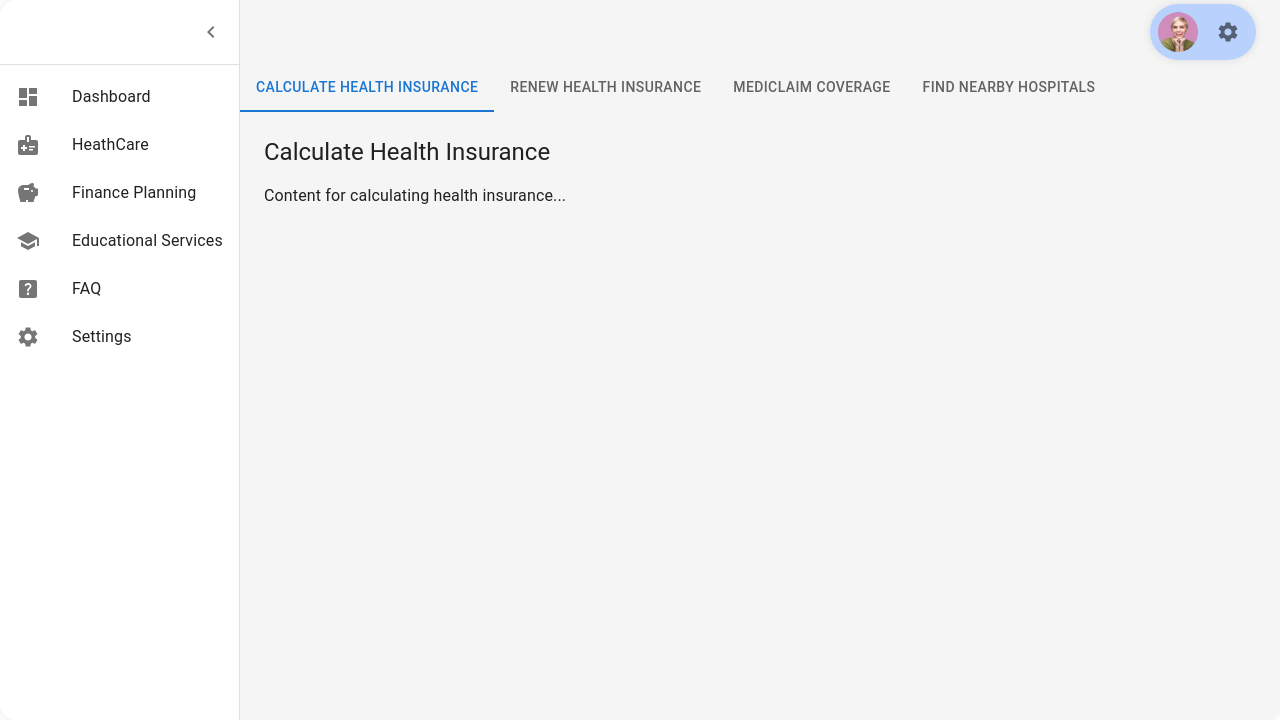
Repository: shubhampirate/TIAA_Retirement_hackathon
Page: /health
An editor plug-in stored every save of this project. The page is shown before and after the next save, followed by the edit.
The browser window is 1280 px wide. The pictures show the whole page.
The project was rebuilt for these pictures with package versions that can differ from the ones it lists, and the page was loaded fresh each time. Also part of the build but not shown: src/Components/CustomButton.jsx, src/Components/Navbar.jsx, src/Components/Properties.jsx, src/Components/Footer.jsx, src/Components/Hero.jsx, src/pages/Sign_In.jsx, src/Components/GaugeChart.jsx, src/Components/Deposits.jsx and 5 more.

Above is the page before, as saved 2023-11-18 18:35:28.

### src/index.css
@import url("https://fonts.googleapis.com/css2?family=Poppins:wght@400;500;700&display=swap");

* {
  margin: 0;
  padding: 0;
  box-sizing: border-box;
  font-family: "Poppins", sans-serif;
}

body {
  margin: 0;
  -webkit-font-smoothing: antialiased;
  -moz-osx-font-smoothing: grayscale;
}

code {
  font-family: source-code-pro, Menlo, Monaco, Consolas, "Courier New",
    monospace;
}

### src/App.jsx
import Hero from "./Components/Hero";
import SignIn from "./pages/Sign_In";
import Dashboard from "./Components/Dashboard";
import Health from "./Components/Health";
import Settings from "./Components/Settings";
import Questions from "./Components/Questions";
import { Route, Routes } from "react-router-dom";
function App() {
  return (
    <>
      <Routes>
        <Route path="/SignIn" element={<><SignIn /></>} />
        <Route path="/dashboard" element={<><Dashboard /></>} />
        <Route path="/education" element={<><Dashboard /></>} />
        <Route path="/health" element={<><Health /></>} />
        <Route path="/settings" element={<><Settings /></>} />
        <Route path="/questions" element={<><Questions /></>} />
        <Route path="/" element={<><Hero /></>} />
      </Routes>

    </>
  );
}

export default App;

### src/Components/Health.jsx
// import * as React from 'react';
import React, { useState } from 'react';
import { styled, createTheme, ThemeProvider } from '@mui/material/styles';
// import { styled, createTheme, ThemeProvider } from '@mui/material/styles';
import CssBaseline from '@mui/material/CssBaseline';
import MuiDrawer from '@mui/material/Drawer';
import Box from '@mui/material/Box';
import MuiAppBar from '@mui/material/AppBar';
import Toolbar from '@mui/material/Toolbar';
import List from '@mui/material/List';
import Typography from '@mui/material/Typography';
import Divider from '@mui/material/Divider';
import IconButton from '@mui/material/IconButton';
import Container from '@mui/material/Container';
import Grid from '@mui/material/Grid';
import Paper from '@mui/material/Paper';
import MenuIcon from '@mui/icons-material/Menu';
import ChevronLeftIcon from '@mui/icons-material/ChevronLeft';
import SettingsIcon from '@mui/icons-material/Settings';
import { mainListItems } from './listItems';
import heroImg_4 from "../media/img_4.jpeg";
import LinearProgress from '@mui/material/LinearProgress';
import HelpOutlineIcon from '@mui/icons-material/HelpOutline';
import { Accordion, AccordionSummary, AccordionDetails } from '@mui/material';
import ExpandMoreIcon from '@mui/icons-material/ExpandMore';
import Tabs from '@mui/material/Tabs';
import Tab from '@mui/material/Tab';
import InputBase from '@mui/material/InputBase';
import SearchIcon from '@mui/icons-material/Search';
import useMediaQuery from '@mui/material/useMediaQuery';
import TextField from '@mui/material/TextField';
import Button from '@mui/material/Button';
import InputAdornment from '@mui/material/InputAdornment';
const healthTopics = [
    {
      label: 'Calculate Health Insurance',
      content: 'Content for calculating health insurance...',
    },
    {
      label: 'Renew Health Insurance',
      content: 'Content for renewing health insurance...',
    },
    {
      label: 'Mediclaim Coverage',
      content: 'Content for determining mediclaim coverage...',
    },
    {
      label: 'Find Nearby Hospitals',
      content: 'Content for finding nearby hospitals...',
    },
  ];

  const HealthTabContent = ({ label, content }) => (
    <Box sx={{ p: 3 }}>
      <Typography variant="h5" mb={2}>{label}</Typography>
      <Typography>{content}</Typography>
    </Box>
  );
  const CalculateMediclaimTabContent = ({ label, content }) => {
    const [roomCharges, setRoomCharges] = useState(0);
    const [doctorCharges, setDoctorCharges] = useState(0);
    const [bills, setBills] = useState([{ amount: 0 }]);

    const handleAddBill = () => {
      setBills([...bills, { amount: 0 }]);
    };
    const [finalAmount, setFinalAmount] = useState(0);
    const handleBillAmountChange = (index, amount) => {
      const updatedBills = [...bills];
      updatedBills[index].amount = amount;
      setBills(updatedBills);
    };
    const handlePdfUpload = (index, file) => {
      const updatedBills = [...bills];
      updatedBills[index].pdf = file;
      setBills(updatedBills);
    };
    const  healthinsurance = 500000;
    const roomChargesDeduction = (15 / 100) * healthinsurance;
      const doctorChargesDeduction = (25 / 100) * healthinsurance;
    const handleCalculate = () => {
      const roomChargesValue = parseFloat(roomCharges);
      const doctorChargesValue = parseFloat(doctorCharges);
      // const doctorChargesDeduction = (25 / 100) * healthinsurance;
    const  healthinsurance = 500000;
      // Calculate total amount from room and doctor charges

      const total = roomChargesValue + doctorChargesValue;

      // Calculate total bills
      const totalBills =  total + bills.reduce((total,bill) => total+ parseFloat(bill.amount), 0);


      // Calculate deductions for room charges (15%) and doctor charges (25%)
      const roomChargesDeduction = (15 / 100) * healthinsurance;
      const doctorChargesDeduction = (25 / 100) * healthinsurance;

      // Check if room charges exceed 15%
      const roomChargesExceed = roomCharges > roomChargesDeduction;
      // Check if doctor charges exceed 25%
      const doctorChargesExceed = doctorCharges > doctorChargesDeduction;

      // Calculate surplus amounts for room charges and doctor charges
      const roomChargesSurplus = roomChargesExceed ? roomCharges - roomChargesDeduction : 0;
      const doctorChargesSurplus = doctorChargesExceed ? doctorCharges - doctorChargesDeduction : 0;

      // Deduct surplus amounts from the total bills
      const finalAmount = totalBills - roomChargesSurplus - doctorChargesSurplus;

      // You can use the calculated values as needed, such as displaying them or further processing.
      console.log("Total Room and Doctor Charges:", total);
      console.log("Total Bills:", totalBills);
      console.log("Room Charges Surplus Deduction:", roomChargesSurplus);
      console.log("Doctor Charges Surplus Deduction:", doctorChargesSurplus);
      console.log("Final Amount after Deductions:", finalAmount);
      setFinalAmount(finalAmount)
    };

    return (
      <Box sx={{ p: 3, textAlign: 'center' }}>
      <Typography variant="h5" mb={2}>{label}</Typography>

      {/* Hospital room charges */}
      <Grid container spacing={2}>
    <Grid item xs={12} md={6}>
      <Typography mb={1}>Enter your hospital room charges:</Typography>
      <TextField
        type="text"
        value={roomCharges}
        onChange={(e) => setRoomCharges(e.target.value)}
        fullWidth
      />
    </Grid>
    <Grid item xs={12} md={6}>
      <Typography mb={1} >15% Deduction:</Typography>
      <TextField
        disabled
        value={(roomChargesDeduction).toFixed(2)}

        fullWidth
      />
    </Grid>
  </Grid>

      {/* Doctor charges */}
      <Grid container spacing={2}>
    <Grid item xs={12} md={6}>
    <Typography mb={1} mt={3}>Enter your doctor charges:</Typography>
      <TextField
        type="text"
        value={doctorCharges}
        onChange={(e) => setDoctorCharges(e.target.value)}
        fullWidth
      />
    </Grid>
    <Grid item xs={12} md={6}>
    <Typography mb={1} mt={3}>25% Deduction:</Typography>
      <TextField
           disabled
           value={(doctorChargesDeduction).toFixed(2)}

        fullWidth
      />
    </Grid>
  </Grid>



      {/* Bills */}
     <Grid container spacing={2} alignItems="center">
        {bills.map((bill, index) => (
          <Grid item xs={12} md={6} key={index}>
            <Typography variant="h6" mt={3}>{`Bill ${index + 1}:`}</Typography>
            <TextField
              label="Amount"
              type="number"
              value={bill.amount}
              onChange={(e) => handleBillAmountChange(index, e.target.value)}
              fullWidth
              sx={{ marginBottom: 1 }}
            />
            <input
              type="file"
              accept=".pdf"
              onChange={(e) => handlePdfUpload(index, e.target.files[0])}
              sx={{ marginTop: 1 }} // Add some spacing for the file input
            />
          </Grid>
        ))}
        <Grid item xs={12} md={6}>
          <Button variant="outlined" onClick={handleAddBill} sx={{ marginTop: 1 }}>Add Another Bill</Button>
        </Grid>
      </Grid>

      {/* Calculate Button */}
      <Grid container spacing={2} alignItems="center">
        <Grid item xs={12} md={6}>
          <Button variant="contained" onClick={handleCalculate} sx={{ marginTop: 3 }}>Calculate</Button>
        </Grid>
        <Grid item xs={12} md={6}>
          <Typography variant="h6" mt={3}>Final Amount: {finalAmount}</Typography>
        </Grid>
      </Grid>

    </Box>
    );
  };
const Title = styled(Typography)(({ theme }) => ({
    fontSize: "25px",
    color: "#042A57",
    fontWeight: "bold",
    textAlign: "left",
    margin: theme.spacing(4, 0, 4, 0),
    [theme.breakpoints.down("sm")]: {
      fontSize: "30px",
    },
  }));
const drawerWidth = 240;

const AppBar = styled(MuiAppBar, {
  shouldForwardProp: (prop) => prop !== 'open',
})(({ theme, open }) => ({
  zIndex: theme.zIndex.drawer + 1,
  transition: theme.transitions.create(['width', 'margin'], {
    easing: theme.transitions.easing.sharp,
    duration: theme.transitions.duration.leavingScreen,
  }),
  ...(open && {
    marginLeft: drawerWidth,
    width: `calc(100% - ${drawerWidth}px)`,
    transition: theme.transitions.create(['width', 'margin'], {
      easing: theme.transitions.easing.sharp,
      duration: theme.transitions.duration.enteringScreen,
    }),
  }),
}));


const ProgressBarBox = ({ title, value }) => {
    let indicatorText = '';
    let color = '';

    if (value <= 30) {
      indicatorText = 'Less';
      color = '#BDFF7B';
    } else if (value <= 70) {
      indicatorText = 'Nearby Full';
      color = '#FFE779';
    } else {
      indicatorText = 'Completely Full';
      color = '#FC8965';
    }

    return (
      <Grid item xs={12} sm={6} md={4}>
        <Paper
          sx={{
            p: 2,
            display: 'flex',
            flexDirection: 'column',
            alignItems: 'center',
            borderRadius: '16px',
          }}
        >
          <Typography variant="h6" sx={{ mb: 1, color: "#0066FF" }}>
            {title}
          </Typography>
          <LinearProgress
          variant="determinate"
          value={value}
          sx={{
            width: '100%',
            height: '12px',
            borderRadius: '8px',
            backgroundColor: '#f0f0f0',
            marginBottom: '8px',
            '& .MuiLinearProgress-bar': {
              backgroundColor: color,
            },
          }}
        />

          <Box
          sx={{
            display: 'flex',
            justifyContent: 'space-between',
            width: '100%',

          }}
        >
          <Typography variant="body2">{indicatorText}</Typography>
          <Typography variant="body2">{value}%</Typography>
        </Box>
        </Paper>
      </Grid>
    );
  };
const Drawer = styled(MuiDrawer, { shouldForwardProp: (prop) => prop !== 'open' })(
  ({ theme, open }) => ({
    '& .MuiDrawer-paper': {
      position: 'relative',
      whiteSpace: 'nowrap',
      width: drawerWidth,
      transition: theme.transitions.create('width', {
        easing: theme.transitions.easing.sharp,
        duration: theme.transitions.duration.enteringScreen,
      }),
      boxSizing: 'border-box',
      ...(!open && {
        overflowX: 'hidden',
        transition: theme.transitions.create('width', {
          easing: theme.transitions.easing.sharp,
          duration: theme.transitions.duration.leavingScreen,
        }),
        width: theme.spacing(7),
        [theme.breakpoints.up('sm')]: {
          width: theme.spacing(9),
        },
      }),
    },
  }),
);

// TODO remove, this demo shouldn't need to reset the theme.
const defaultTheme = createTheme();

export default function Health() {

    const [open, setOpen] = React.useState(true);
    const [selectedTabIndex, setSelectedTabIndex] = useState(0);
    const isSmallScreen = useMediaQuery('(max-width:600px)');
  const toggleDrawer = () => {
    setOpen(!open);
  };
  const handleTabChange = (event, newValue) => {
    setSelectedTabIndex(newValue);
  };


  return (
    <ThemeProvider theme={defaultTheme}>
      <Box sx={{ display: 'flex', borderRadius: '16px', overflow: 'hidden', boxShadow: '0px 0px 10px rgba(0, 0, 0, 0.1)' }} >
        <CssBaseline />

<AppBar position="absolute" open={open} sx={{ backgroundColor: "whitesmoke", boxShadow: 'none' }}>
  <Toolbar
    sx={{
      pr: '24px', // keep right padding when drawer closed
      display: 'flex',
      alignItems: 'center',
      justifyContent: 'space-between',
    }}
  >
    <Box sx={{ display: 'flex', alignItems: 'center' }}>
      <IconButton
        edge="start"
        aria-label="open drawer"
        onClick={toggleDrawer}
        sx={{
          marginRight: '36px',
          ...(open && { display: 'none' }),
          backgroundColor: "#fff"
        }}
      >
        <MenuIcon  />
      </IconButton>

      {/* Search tab */}
      {/* <Box sx={{ display: 'flex', alignItems: 'center', backgroundColor: 'white', borderRadius: '4px', padding: '4px' }}>
        <IconButton>
          <SearchIcon />
        </IconButton>
        <InputBase
          placeholder="Search..."
          sx={{ ml: 1 }}
        />
      </Box> */}

    </Box>

    <Box sx={{ display: 'flex', alignItems: 'center', backgroundColor: '#B9D2FD', boxShadow: '0px 0px 10px rgba(0, 0, 0, 0.1)', borderRadius: '40px', padding: '8px' }}>
      {/* User profile image */}
      <img
        src={heroImg_4}
        alt="User Profile"
        style={{ borderRadius: '50%', width: '40px', height: '40px', marginRight: '10px' }}
      />

      {/* Settings button */}
      <IconButton>
        <SettingsIcon />
      </IconButton>
    </Box>
  </Toolbar>
</AppBar>

        <Drawer variant="permanent" open={open}>
          <Toolbar
            sx={{
              display: 'flex',
              alignItems: 'center',
              justifyContent: 'flex-end',
              px: [1],
            }}
          >
            <IconButton onClick={toggleDrawer}>
              <ChevronLeftIcon />
            </IconButton>
          </Toolbar>
          <Divider />
          <List component="nav">
            {mainListItems}
            {/* <Divider sx={{ my: 1 }} /> */}
            {/* {secondaryListItems} */}
          </List>
        </Drawer>
        <Box
          component="main"
          sx={{
            backgroundColor: (theme) =>
              theme.palette.mode === 'light'
                ? theme.palette.grey[100]
                : theme.palette.grey[900],
            flexGrow: 1,
            height: '100vh',
            overflow: 'auto',

          }}
        >
          <Toolbar />
          {/* </Container> */}


          {/* Start Here */}
          {/* {isSmallScreen ? (
            <Tabs value={selectedTabIndex} onChange={handleTabChange} centered>
              {healthTopics.map((topic, index) => (
                <Tab key={index} label={topic.label} />
              ))}
            </Tabs>
          ) : (
            <Tabs value={selectedTabIndex} onChange={handleTabChange} variant="scrollable" scrollButtons="auto">
              {healthTopics.map((topic, index) => (
                <Tab key={index} label={topic.label} />
              ))}
            </Tabs>
          )}

          // {/* Health-related content based on the selected tab */}
          {/* // {healthTopics.map((topic, index) => ( */}
          {/* //   selectedTabIndex === index && ( */}
          {/* //     <HealthTabContent key={index} label={topic.label} content={topic.content} /> */}
          {/* //   ) */}
          {/* // ))} */}
                    {isSmallScreen ? (
            <Tabs value={selectedTabIndex} onChange={handleTabChange} centered>
              {healthTopics.map((topic, index) => (
                <Tab key={index} label={topic.label} />
              ))}
            </Tabs>
          ) : (
            <Tabs value={selectedTabIndex} onChange={handleTabChange} variant="scrollable" scrollButtons="auto">
              {healthTopics.map((topic, index) => (
                <Tab key={index} label={topic.label} />
              ))}
            </Tabs>
          )}
          {/* Health-related content based on the selected tab */}
          {healthTopics.map((topic, index) => (
            selectedTabIndex === index && (
              topic.label === 'Mediclaim Coverage' ? (
                <CalculateMediclaimTabContent key={index} />
              ) : (
                <HealthTabContent key={index} label={topic.label} content={topic.content} />
              )
            )
          ))}

        </Box>
        </Box>
      {/* </Box> */}
    </ThemeProvider>
  );
}

### src/Components/listItems.jsx
import * as React from 'react';
import ListItemButton from '@mui/material/ListItemButton';
import ListItemIcon from '@mui/material/ListItemIcon';
import ListItemText from '@mui/material/ListItemText';
import DashboardIcon from '@mui/icons-material/Dashboard';
import MedicalInformationIcon from '@mui/icons-material/MedicalInformation';
import SavingsIcon from '@mui/icons-material/Savings';
import SchoolIcon from '@mui/icons-material/School';
import HelpCenterIcon from '@mui/icons-material/HelpCenter';
import SettingsIcon from '@mui/icons-material/Settings';


export const mainListItems = (
  <React.Fragment>
    <ListItemButton>
      <ListItemIcon>
        <DashboardIcon />
      </ListItemIcon>
      <ListItemText primary="Dashboard" />
    </ListItemButton>
    <ListItemButton>
      <ListItemIcon>
        <MedicalInformationIcon />
      </ListItemIcon>
      <ListItemText primary="HeathCare" />
    </ListItemButton>
    <ListItemButton>
      <ListItemIcon>
        <SavingsIcon />
      </ListItemIcon>
      <ListItemText primary="Finance Planning" />
    </ListItemButton>
    <ListItemButton>
      <ListItemIcon>
        <SchoolIcon />
      </ListItemIcon>
      <ListItemText primary="Educational Services" />
    </ListItemButton>
    <ListItemButton>
      <ListItemIcon>
        <HelpCenterIcon />
      </ListItemIcon>
      <ListItemText primary="FAQ" />
    </ListItemButton>
    <ListItemButton>
      <ListItemIcon>
        <SettingsIcon />
      </ListItemIcon>
      <ListItemText primary="Settings" />
    </ListItemButton>
  </React.Fragment>
);

// export const secondaryListItems = (
//   <React.Fragment>
//     <ListSubheader component="div" inset>
//       Saved reports
//     </ListSubheader>
//     <ListItemButton>
//       <ListItemIcon>
//         <AssignmentIcon />
//       </ListItemIcon>
//       <ListItemText primary="Current month" />
//     </ListItemButton>
//     <ListItemButton>
//       <ListItemIcon>
//         <AssignmentIcon />
//       </ListItemIcon>
//       <ListItemText primary="Last quarter" />
//     </ListItemButton>
//     <ListItemButton>
//       <ListItemIcon>
//         <AssignmentIcon />
//       </ListItemIcon>
//       <ListItemText primary="Year-end sale" />
//     </ListItemButton>
//   </React.Fragment>
// );

Loaded but not shown: public/index.html (common file); src/index.js (common file)

After the next save:
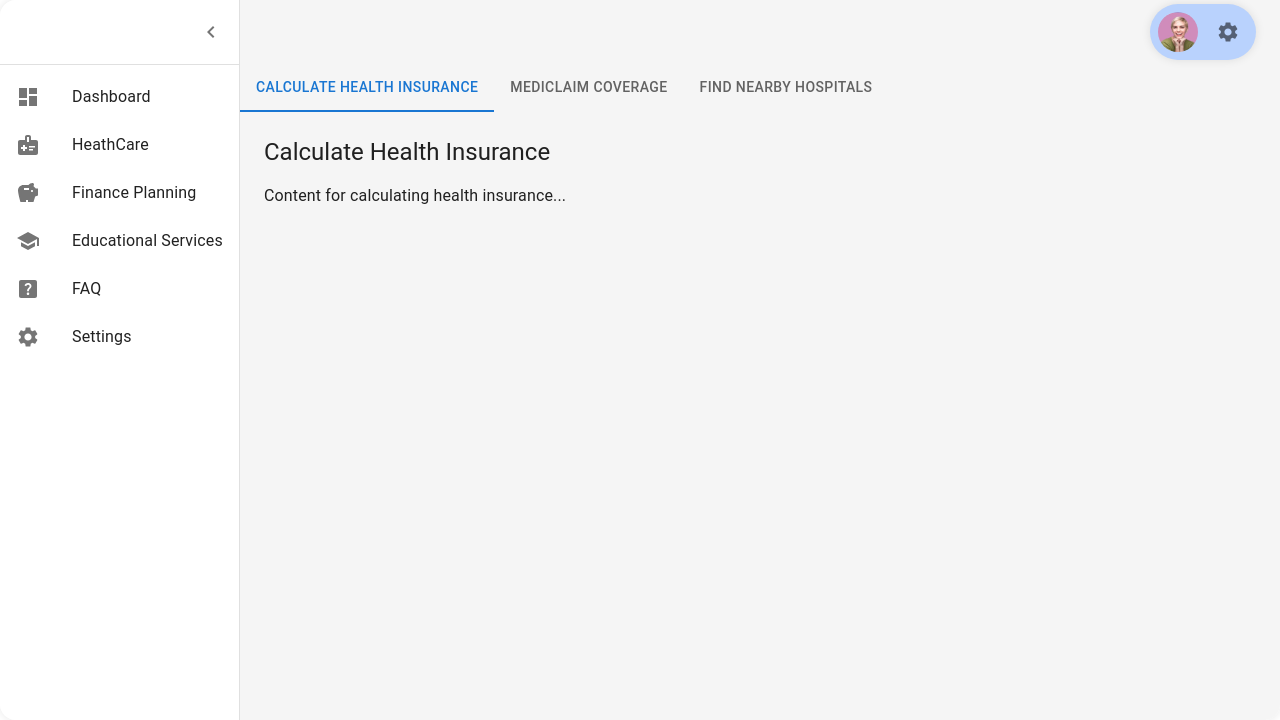
Saved 74 s later.
--- a/src/Components/Health.jsx
+++ b/src/Components/Health.jsx
@@ -37,10 +37,6 @@ const healthTopics = [
       content: 'Content for calculating health insurance...',
     },
     {
-      label: 'Renew Health Insurance',
-      content: 'Content for renewing health insurance...',
-    },
-    {
       label: 'Mediclaim Coverage',
       content: 'Content for determining mediclaim coverage...',
     },
